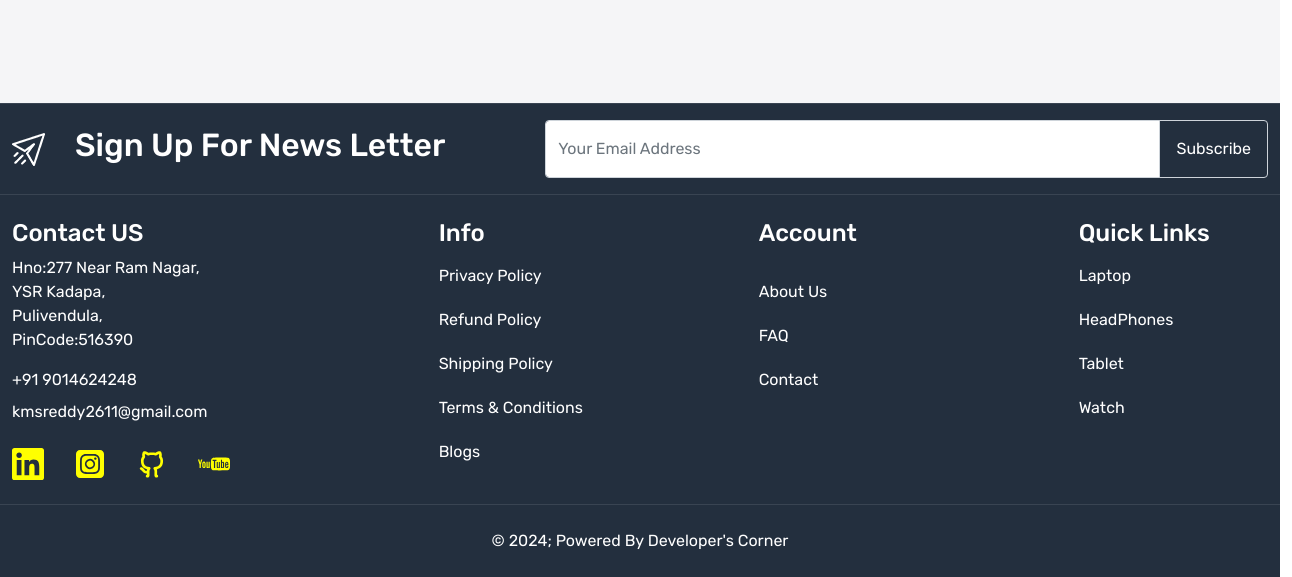
Repository: maniheist/ecommerce-app
Page: /contact
These files come from the project's save history. The page is drawn as it stood at one moment and after the next save; the edit follows.
The browser window is 1280 px wide. The page is 1292 px wide, so the pictures cover 1292 px, including what lies to the right of the window. The pictures show the part of the page from y = 787 to 1406 px (the page is 1364 px tall before and 1406 px after).
The project was rebuilt for these pictures with package versions that can differ from the ones it lists, and the page was loaded fresh each time. Also part of the build but not shown: src/components/BlogCard.js, src/components/ProductCard.js, src/components/SpecialProduct.js, src/pages/Home.js, src/pages/About.js, src/pages/OurStore.js, src/pages/Blog.js.

Above is the page before, as saved 2024-02-19 21:33:29.

### public/index.html
<!DOCTYPE html>
<html lang="en">
  <head>
    <meta charset="utf-8" />
    <link rel="icon" href="%PUBLIC_URL%/favicon.ico" />
    <meta name="viewport" content="width=device-width, initial-scale=1" />
    <meta name="theme-color" content="#000000" />
    <meta
      name="description"
      content="Web site created using create-react-app"
    />
    <link rel="apple-touch-icon" href="%PUBLIC_URL%/logo192.png" />

    <link rel="preconnect" href="https://fonts.googleapis.com" />
    <link rel="preconnect" href="https://fonts.gstatic.com" crossorigin />
    <link
      href="https://fonts.googleapis.com/css2?family=Rubik:ital,wght@0,300..900;1,300..900&display=swap"
      rel="stylesheet"
    />
    <link
      href="https://cdn.jsdelivr.net/npm/bootstrap@5.0.2/dist/css/bootstrap.min.css"
      rel="stylesheet"
      integrity="sha384-EVSTQN3/azprG1Anm3QDgpJLIm9Nao0Yz1ztcQTwFspd3yD65VohhpuuCOmLASjC"
      crossorigin="anonymous"
    />
    <link rel="manifest" href="%PUBLIC_URL%/manifest.json" />

    <title>React Redux App</title>
  </head>
  <body>
    <noscript>You need to enable JavaScript to run this app.</noscript>
    <div id="root"></div>
    <script
      src="https://cdn.jsdelivr.net/npm/bootstrap@5.0.2/dist/js/bootstrap.bundle.min.js"
      integrity="sha384-MrcW6ZMFYlzcLA8Nl+NtUVF0sA7MsXsP1UyJoMp4YLEuNSfAP+JcXn/tWtIaxVXM"
      crossorigin="anonymous"
    ></script>
  </body>
</html>

### src/index.js
import React from 'react';
import { createRoot } from 'react-dom/client';

import App from './App';

const container = document.getElementById('root');
const root = createRoot(container);

root.render(

      <App />

);

### src/App.js
import React from 'react';
import './App.css';
import {BrowserRouter,Routes,Route} from "react-router-dom";
import Layout from "./components/Layout";
import Home from "./pages/Home"
import About from "./pages/About"
import Contact from "./pages/Contact"
import OurStore from './pages/OurStore';
import Blog from "./pages/Blog";
function App() {
  return (
    <>
      <BrowserRouter>
        <Routes>
        <Route path="/" element={<Layout />}>
<Route index element={<Home />} />
<Route path="about" element={<About />}/>
<Route path="contact" element={<Contact />}/>
<Route path="store" element={<OurStore />}/>
<Route path="blogs" element={<Blog />}/>


        </Route>

        </Routes>
      </BrowserRouter>
    </>

  );
}

export default App;

### src/App.css
*{
  margin:0;
  padding:0;
  box-sizing:border-box;
}
:root{
  --color-131921:#131921;
  --color-3b4149:#3b4149;
--color-febd69:#fedb69;
--color-232f3e:#232f3e;
--color-bf4800:#bf4800;
--color-f5f5f7:#f5f5f7;
--color-ededed:#ededed;
--color-777777:#777777;
--color-1c1b1b:#1c1b1b;
--color-f2f2f2:#f2f2f2;
}

.section-heading{
  font-size: 26px;
  line-height: 32px;
  font-weight: 500;
  margin-bottom: 30px;

}
.card-wrapper{
  background-color: white;
  box-shadow: 0 0 10px #0000001a;
  padding: 15px;
}

.button{
  background-color:var(--color-232f3e) ;
  color: white;
  padding: 13px 33px;
  font-size: 14px;
  border-radius: 15px;
}
.button:hover{
  background-color: var(--color-febd69);
  color:#131921
}
body {
  font-family:"Rubik", sans-serif;
}
a {
  text-decoration:none;
  display:inline-block;
}

.form-control:focus{
  box-shadow:none;
  border-color: inherit;
}

/*header part*/
.header-top-strip{
  border-bottom: 1px solid var(--color-3b4149);
  background-color:var(--color-131921) ;
}

.header-upper{
  background-color: var(--color-131921);
}

.header-bottom{
  background-color: var(--color-232f3e);
}

.header-upper .input-group-text{
  background-color: var(--color-febd69);
}

.header-upper.header-upper-links img{
  width:35px;
  height: 35px;
}

.gap-10{
  gap: 10px;
}


.gap-15{
  gap: 15px;
}

.gap-30{
  gap: 30px;
}
.header-bottom .menu-links a,
.header-bottom .dropdown button
{
  color: white;
  font-size: 14px;
  line-height: 18px;
  font-weight: 480;
  letter-spacing:0.3;
  text-transform: uppercase;
}

.header-bottom .dropdown button:focus{
  box-shadow: none;
}

.header-bottom .dropdown-menu{
  background-color: var(--color-131921);
  width:100%;
  transform: translate3d(0px,57px,0px) !important;
}

.header-bottom .dropdown-item{
  padding:20px;
  margin-bottom: 3px;
  border-bottom: 1px solid var(--color-3b4149)
  ;

}
.header-bottom .dropdown-item:hover{
  background-color: transparent;
  color: var(--color-febd69) !important;
}
/*header part end */


/*footer part  */

footer{
  background-color: var(--color-232f3e);
}



footer:not(:first-child){
  border-top:1px solid rgba(255,255,255,0.1);

}

footer .input-group-text{
  background-color: var(--color-232f3e);
  color:white;
  padding:8px 17px;
}
/* footer part end */

/*Home page*/

.main-banner-content{
  top:15%;
  left:5%;
}

.main-banner-content h4{

  font-size: 19px;
  font-weight: 400;
  line-height: 24px;
  color:var(--color-bf4800);
  margin: 0 0 12px;
  letter-spacing: 0.3px;
  text-transform: uppercase;

}

.main-banner-content h5{
  font-size: 52px;
  font-weight: 500;
  line-height: 64px;
  letter-spacing: -2px;
  text-transform: none;

}

.main-banner-content p{
  font-size: 18px;
  line-height: 28px;
  letter-spacing: 0.4px;
  font-weight: 100;
  color: var(--color-131921);
}


.small-banner-content{
  top:25%;
  left:10%;
}

.small-banner-content h4{

  font-size: 21px;
  font-weight: 400;
  line-height: 24px;
  color:var(--color-bf4800);
  margin: 0 0 12px;
  letter-spacing: 0.3px;
  text-transform: uppercase;
}
.small-banner-content h5{
  font-size: 33px;
  font-weight: 500;
  line-height: 34px;
  letter-spacing: -2px;
  text-transform: none;

}

.small-banner-content p{
  font-size: 18px;
  line-height: 28px;
  letter-spacing: 0.4px;
  font-weight: 100;
  color: var(--color-131921);
}

.small-banner{
  width: 49%;

}


/* Home wrapper 2 */

.home-wrapper-2{
  background-color: var(--color-f5f5f7);

}

/* Home wrapper 2 ends */

/* categories section */

.categories{
  background-color: white;
  box-shadow: 0 0 10px #0000001a;
  padding: 15px;
}

.categories > div{
  width:25%;
  padding: 10px 10px 10px 20px;
}

.categories > div:nth-child(1),
.categories > div:nth-child(2),
.categories > div:nth-child(3),
.categories > div:nth-child(4){
  border-bottom: 1px solid var(--color-ededed) ;
}

.categories>div>div{
  width:60%
}

.categories > div:nth-child(1),
.categories > div:nth-child(2),
.categories > div:nth-child(3){
  border-right: 1px solid var(--color-ededed) ;
}

.categories > div:nth-child(5),
.categories > div:nth-child(6),
.categories > div:nth-child(7){
  border-right: 1px solid var(--color-ededed) ;
}
/* categories end */

/* Home Page End */


/* Blogcard */

.blog-card{
  background-color: white;
  padding:20px;
  border-radius:10px;
}

.blog-card img{
  border-top-left-radius:10px;
  border-top-right-radius:10px;
}

.blog-content{
  padding: 15px;

}

.blog-contentp.date{
  font-size: 13px;
  line-height: 24px;
  text-transform: uppercase;
  letter-spacing: 0;
  font-weight: 400;
  color: var(--color-777777);
  padding: 0;

}

.blog-content h5{
  font-size: 18px;
  color: var(--color-131921);
}


.blog-content p.desc{
  font-size: 13px;
  line-height: 22px;
  color: var(--color-777777);
}
/*Blogcard ends*/


/* product card */

.product-card{
  padding: 15px;
  background-color: white;
  border-radius: 13px;
overflow:hidden;
width: 100%;
}

.product-card .product-image{
  height: 270px;
}

.product-card .product-image img{
  object-fit: contain;
}
.product-card .product-image> img:last-child{
  display: none;
}
.product-card:hover .product-image > img:nth-child(1){
display: none;

}
.product-card:hover .product-image>img:last-child{
  display: block;


}



.product-card:hover .action-bar{
  right: 15px;

}
.product-card .product-details h6 {
  color:var(--color-bf4800);
  font-size: 13px;



}


.product-card .product-details h5{
  font-size: 15px;
  color: var(--color-1c1b1b);
}

.product-card.product-details p.price{
  font-size: 16px;
  color: var(--color-1c1b1b);
}

.product-card p.description{
  font-size: 13px;
  color: var(--color-777777);
  margin-right: 20px;
}

.action-bar{
  top: 10%;
  right:-23px;
  transition: 0.3s;
}


.wishlist-icon{
  top: 2%;
  right:15px;

}
/* product card ends */

/* special product */

.special-product-card{
  padding:20px 10px;
  border-radius: 10px;
  background-color: white;
}

.special-product-card .badge{
  background-color:#eb353b !important;
}


/* special product ends */

/* famous start */

.famous-card .famous-content{
  top: 10%;
  left: 5%;

}

.famous-card img{
  border-radius: 10px;
}

.famous-content h5{
  font-size: 13px;
  line-height: 20px;
  font-weight: 400px;
  color: white;
  margin-bottom: 7px;
  text-transform: uppercase;

}
.famous-content h6{
  font-size: 24px;
  line-height: 38px;
  font-weight: 500;
  color: white;
}
.famous-content p{
  font-size: 16px;
  line-height: 24px;
  color: white;
  font-weight: 100;
}

/* famous ends */

/* Our Store Start */

.filter-card{
  background-color: white;
  border-radius: 10px;
  padding: 15px 15px 25px;
}

.filter-title{
  font-size: 16px;
  line-height: 20px;
  font-weight: 600;
  color: var(--color-1c1b1b);
  margin-bottom: 20px;
}

.filter-card ul,
.filter-card .form-check-label {
  list-style-type:none;
  font-size: 13px;
  line-height: 30px;
  color: var(--color-777777);
  cursor: pointer;
}

.filter-card .form-check-input:focus{
  box-shadow: none;
  border-color: rgba(0,0,0,0.25);
}
.filter-card .form-check-input:checked{
background-color: var(--color-febd69);
  border-color: var(--color-febd69);

}
.sub-title{
  font-size: 40px;
  font-weight: 600;
  color: var(--color-1c1b1b);
  margin-bottom: 15px;
  margin-top: 20px;
}

.colors{
  list-style-type: none;
  display: flex;
  flex-wrap: wrap;
  gap: 10px;
}
.colors .one{
  width: 20px;
  height: 20px;
  background-color: red;
  border-radius: 50%;
}
.colors .two{
  width: 20px;
  height: 20px;
  background-color: blue;
  border-radius: 50%;
}
.colors  .three{
  width: 20px;
  height: 20px;
  background-color: yellow;
  border-radius: 50%;
}
.colors  .four{
  width: 20px;
  height: 20px;
  background-color: pink;
  border-radius: 50%;
}
.colors  .five{
  width: 20px;
  height: 20px;
  background-color: black;
  border-radius: 50%;
}
.colors  .six{
  width: 20px;
  height: 20px;
  background-color: brown;
  border-radius: 50%;
}

.colors  .seven{
  width: 20px;
  height: 20px;
  background-color:chocolate;
  border-radius: 50%;
}

.random-products h5{
font-size: 14px;
margin-bottom: 8px;
}

.random-products:first-child{
  border-bottom: 1px solid var(--color-ededed);
}

.filter-sort-grid{
  padding: 10px;
  background-color: white;
  border-radius: 10px;
}

.grid img{
  width: 35px;
  height: 35px;
  background-color: var(--color-f2f2f2);
  padding: 8px;
  border-radius: 3px;
  cursor: pointer;
}
.grid img:hover{
  background-color:burlywood;
}

.g-12{
  width: 100%;

}
.gr-6{
  width: 49%;
}
.gr-4{
  width: 32%;
}
.gr-3{
  width: 24%;

}

.gr-12 .product-card{
  display: flex;
  gap:20px;
}
.gr-6 .product-image{
  width: 100%;
}
.gr-6 .product-image img{
  margin: auto;
  display: block;
}
.gr-12 .product-card .product-image{
  width: 270px;
}

.gr-12 .product-card .product-image{
  height: auto;
}
.gr-12 .action-bar{top: 17%;}


/* Our store ends */

### src/components/Layout.js
import React from 'react'
import {Outlet} from "react-router-dom";
import Header from "./Header";
import Footer from "./Footer";
const Layout = () => {
  return (
    <>
            <Header />
            <Outlet />
            <Footer />

    </>
  )
}

export default Layout

### src/pages/Contact.js
import React from 'react'
import BreadCrumb from '../components/BreadCrumb'
import Meta from '../components/Meta';
const Contact = () => {
  return <>
    <Meta title={"Contact Us"}></Meta>
    <BreadCrumb title='Contact Us'/>
    <div className='contact-wrapper py-5 home-wrapper-2'>
      <div container-xxl>
        <div className='row'>
          <div className='col-12'>
            <iframe src="https://www.google.com/maps/embed?pb=!1m18!1m12!1m3!1d15456.432357555697!2d78.21833090604169!3d14.420932058421547!2m3!1f0!2f0!3f0!3m2!1i1024!2i768!4f13.1!3m3!1m2!1s0x3bb3ebb7c5835cd9%3A0x3a4854affffebccd!2sPulivendula%2C%20Andhra%20Pradesh!5e0!3m2!1sen!2sin!4v1708358338706!5m2!1sen!2sin" width="600" height="450" className='border:0 w-100' allowFullScreen="" loading="lazy" referrerPolicy="no-referrer-when-downgrade"></iframe>
          </div>
          <div className='col-12 mt-5'>

          </div>
        </div>
      </div>
    </div>
  </>
}

export default Contact

### src/components/Header.js
import React from 'react'
import {NavLink,Link} from "react-router-dom"
import {BsSearch} from "react-icons/bs"
const Header = () => {
  return <>
  <header className='header-top-strip py-3'>
    <div className='container-xxl'>
      <div className='row'>
        <div className='col-6'>
          <p className='text-white mb-0'>Free Shipping Over $100 & Free Return</p>
        </div>
        <div className='col-6'>
          <p className='text-end text-white mb-0'>
            Hotline:
            <a className='text-white' href='tel:+9014624248'>+91 9014624248</a>
          </p>
        </div>
      </div>
    </div>
  </header>
  <header className='header-upper py-3'>
    <div className='container-xxl'>
      <div className='row align-items-center'>
        <div className='col-2'>
          <h2><Link className='text-white'>
            Dev Corner
          </Link></h2>
        </div>
        <div className='col-5'>
          <div className="input-group">
  <input type="text" className="form-control py-2" placeholder="Search Products Here..." aria-label="Search Products Here..." aria-describedby="basic-addon2"/>
  <span className="input-group-text p-3" id="basic-addon2"><BsSearch className='fs-6' /></span>
</div>
        </div>
        <div className='col-5'>
          <div className='header-upper-links d-flex align-items-center justify-content-between'>
            <div>
              <Link className='d-flex align-items-center gap-10 text-white'>
              <img src="/images/compare.svg" alt='compare' />
                <p className='mb-0'>Compare <br /> Products</p>
              </Link>
            </div>
            <div>
              <Link className='d-flex align-items-center gap-10 text-white'>
              <img src="/images/wishlist.svg" alt='wishlist' />
                <p className='mb-0'>Favorite <br /> Wishlist</p>
              </Link>
            </div>
            <div>
              <Link className='d-flex align-items-center gap-10 text-white'>
              <img src="/images/user.svg" alt='user' />
                <p className='mb-0'>Login <br /> My Account</p>
              </Link>
            </div>
            <div>
              <Link className='d-flex align-items-center gap-10 text-white'>
            <img src="/images/cart.svg" alt='cart' />
                <div className='d-flex flex-column gap-10'>
                <span className='badge bg-white text-dark'>0</span>
                <p className='mb-0'>$ 500</p>

                </div>
              </Link>
            </div>
          </div>
        </div>
      </div>
    </div>
  </header>
<header className='header-bottom py-3'>
  <div className='container-xxl'>
    <div className='row'>
      <div className='col-12'>
        <div className='menu-bottom d-flex align-items-center gap-30'>
        <div>
          <div className="dropdown">
  <button className="btn btn-secondary dropdown-toggle bg-transparent border-0 gap-15 d-flex align-items-center" type="button" id="dropdownMenuButton1" data-bs-toggle="dropdown" aria-expanded="false">
    <img src="images/menu.svg" alt=""/><span className='me-5 d-inline-blocto'>hopping Categories</span>
  </button>
  <ul className="dropdown-menu" aria-labelledby="dropdownMenuButton1">
    <li><to className="dropdown-item text-white" to="">Pants</to></li>
    <li><to className="dropdown-item text-white" to="">Shirts</to></li>
    <li><to className="dropdown-item text-white" to="">Shorts</to></li>
  </ul>
</div>
        </div>
        <div className='menu-links'>
          <div className='d-flex align-items-center gap-15'>
            <NavLink className='text-white' to="/">Home</NavLink>
            <NavLink className='text-white' to="/store">Our Store</NavLink>
            <NavLink className='text-white' to="/blogs">Blogs</NavLink>
            <NavLink className='text-white' to="/contact">Contact</NavLink>
          </div>
        </div>

        </div>
      </div>
    </div>
  </div>
</header>


  </>
}

export default Header

### src/components/Footer.js

import React from 'react'
import { SiLinkedin } from "react-icons/si";
import { RiGithubLine } from "react-icons/ri";
import { ImYoutube2 } from "react-icons/im";
import { FaSquareInstagram } from "react-icons/fa6";
import {Link} from 'react-router-dom';
const Footer = () => {
  return <>
    <footer className='py-3'>
        <div className='container-xxl'>
            <div className='row align-items-center'>
                <div className='col-5'>
                    <div className='footer-top-data d-flex gap-30 align-items-center'>
                        <img src="images/newsletter.png" alt="newsletter" />
                        <h2 className='text-white'>Sign Up For News Letter</h2>
                    </div>
                </div>
                <div className='col-7'>
                    <div className="input-group">
  <input type="text" className="form-control py-1" placeholder="Your Email Address" aria-label="Your Email Address..." aria-describedby="basic-addon2"/>
  <span className="input-group-text p-3" id="basic-addon2">Subscribe</span>
</div>
                </div>
            </div>
        </div>
    </footer>
    <footer className='py-4'>
        <div className='container-xxl'>
            <div className="row">
                <div className='col-4'>
                <h4 className="text-white">Contact US</h4>
                <div>
                    <address className='text-white fs-6'>Hno:277 Near Ram Nagar,
                    <br />YSR Kadapa, <br />Pulivendula,<br />PinCode:516390</address>

                    <a href='tel:+91 9014624248' className='mt-3 d-block mb-1 text-white'>+91 9014624248</a>
                    <a href='mailto:kmsreddy2611@gmail.com' className='mt-2 d-block mb-0 text-white'>kmsreddy2611@gmail.com</a>
                    <div className='social_icons d-flex align-items-center gap-30 mt-4'>
                    <a className="text-white" href='#'>
                    <SiLinkedin className='fs-2' color="yellow"/>
                    </a>
                    <a className="text-white" href='#'>
                    <FaSquareInstagram className='fs-2' color='yellow'/>
                    </a>

                    <a className="text-white" href='#'>
                    <RiGithubLine className='fs-2' color='yellow'/>

                    </a>
                    <a className="text-white" href='#'>
                    <ImYoutube2  className='fs-2' color="yellow"/>
                    </a>

                    </div>

                </div>
                </div>
                <div className='col-3'>
                <h4 className="text-white md-4">Info</h4>
                <div className='footer-links d-flex flex-column'>
                    <Link className="text-white py-2 mb-1">Privacy Policy</Link>
                    <Link className="text-white py-2 mb-1">Refund Policy</Link>
                    <Link className="text-white py-2 mb-1">Shipping Policy</Link>
                    <Link className="text-white py-2 mb-1">Terms & Conditions</Link>
                    <Link className="text-white py-2 mb-1">Blogs</Link>
                </div>
                </div>
                <div className='col-3'>
                <h4 className="text-white mb-4">Account</h4>
                <div className='footer-links d-flex flex-column'>
                    <Link className="text-white py-2 mb-1">About Us</Link>
                    <Link className="text-white py-2 mb-1">FAQ</Link>
                    <Link className="text-white py-2 mb-1">Contact</Link>
                </div>
                </div>
                <div className='col-2'>
                <h4 className="text-white">Quick Links</h4>
                <div className='footer-links d-flex flex-column'>
                    <Link className="text-white py-2 mb-1">Laptop</Link>
                    <Link className="text-white py-2 mb-1">HeadPhones</Link>
                    <Link className="text-white py-2 mb-1">Tablet</Link>
                    <Link className="text-white py-2 mb-1">Watch</Link>
                </div>
                </div>
            </div>
        </div>
    </footer>
    <footer className='py-4'>
        <div className='container-xxl'>
            <div className='row'>
                <div className='col-12'>
                <p className='text-center mb-0 text-white'>&copy; { new Date().getFullYear()}; Powered By Developer's Corner</p>

                </div>
            </div>
        </div>
    </footer>
  </>


}

export default Footer

### src/components/BreadCrumb.js
import React from 'react'
import {Link} from 'react-router-dom';
const BreadCrumb = (props) => {
    const {title}=props;
  return (
    <div className='breadcrumb mb-0 py-4'>
      <div className='container-xxl'>
        <div className='row'>
            <div className='col-12'>
                <p className='text-center mb-0'><Link to='/' className='text-dark'>Home &nbsp; </Link> / {title}</p>
            </div>
        </div>
      </div>
    </div>
  )
}

export default BreadCrumb

### src/components/Meta.js

import React from 'react'
import {Helmet} from "react-helmet";

const Meta = (props) => {
  return (
    <Helmet>
                <meta charSet="utf-8" />
                <title>{props.title}</title>
            </Helmet>
  )
}

export default Meta

After the next save:
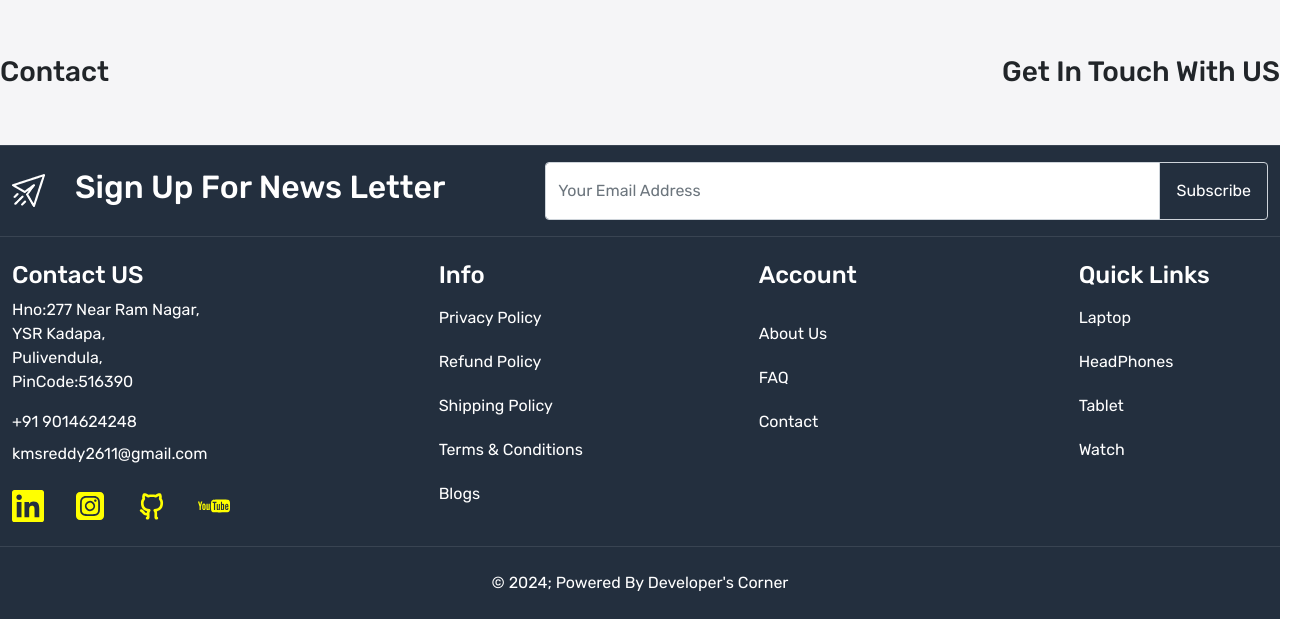
Saved 102 s later.
--- a/src/pages/Contact.js
+++ b/src/pages/Contact.js
@@ -12,7 +12,11 @@
             <iframe src="https://www.google.com/maps/embed?pb=!1m18!1m12!1m3!1d15456.432357555697!2d78.21833090604169!3d14.420932058421547!2m3!1f0!2f0!3f0!3m2!1i1024!2i768!4f13.1!3m3!1m2!1s0x3bb3ebb7c5835cd9%3A0x3a4854affffebccd!2sPulivendula%2C%20Andhra%20Pradesh!5e0!3m2!1sen!2sin!4v1708358338706!5m2!1sen!2sin" width="600" height="450" className='border:0 w-100' allowFullScreen="" loading="lazy" referrerPolicy="no-referrer-when-downgrade"></iframe>
           </div>
           <div className='col-12 mt-5'>
+            <div className='contact-wrapper d-flex justify-content-between align-items-center'>
+            <div><h3 className='contact-title'>Contact </h3></div>
+            <div><h3 className='contact-title'>Get In Touch With US </h3></div>
 
+            </div>
           </div>
         </div>
       </div>
